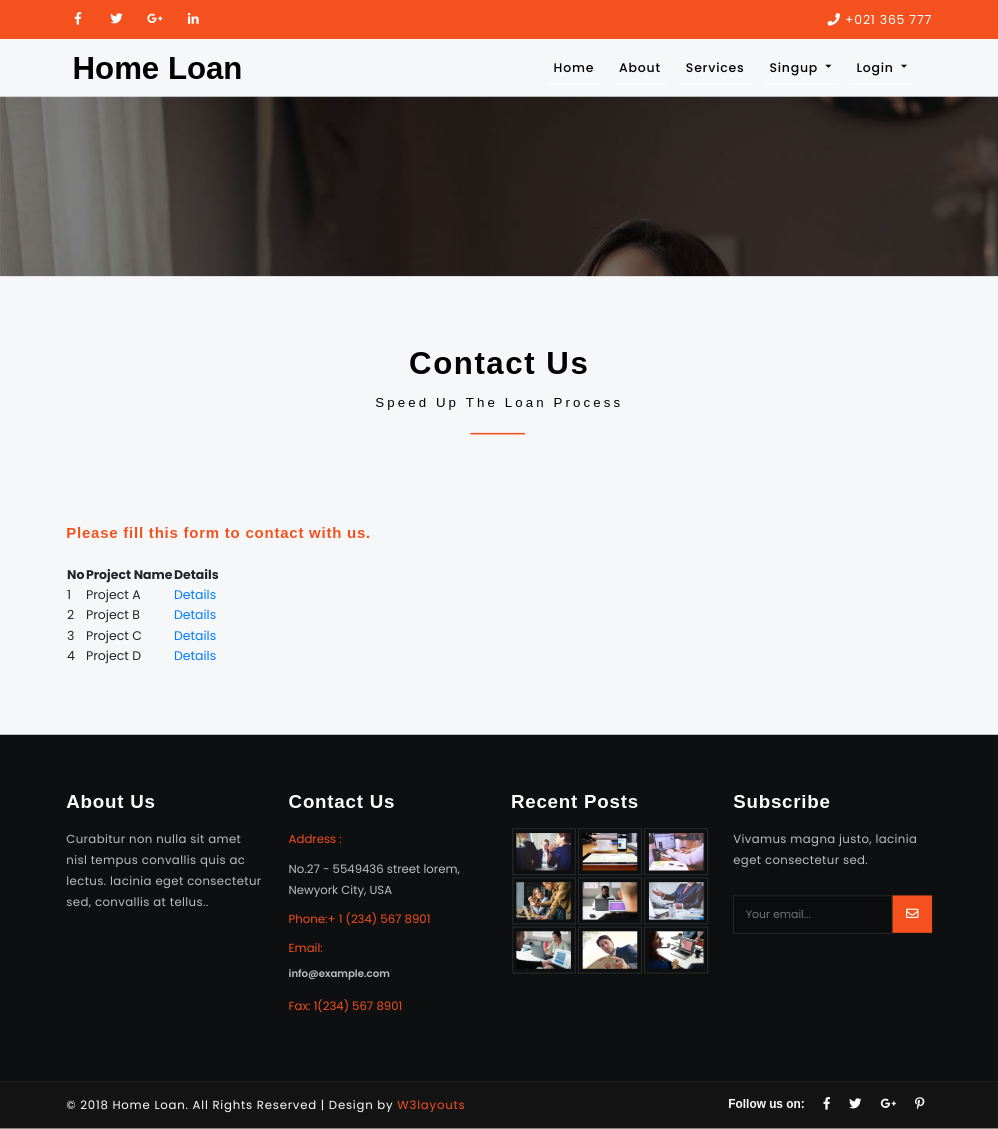
Repository: 72-faisal/Spring-MVC-project
Page: http://localhost/HomeLoan/WEB-INF/views/ApprovedProjectList.jsp
The author's editor kept a copy of each file at every save. The page is drawn from the files as they stood at one save, then again after the next save.
The browser window is 1280 px wide. The pictures show the whole page, at 78% of full size.
Some web fonts or font styles are not loaded; a fallback is used. The page is served by Tomcat 9. Nobody is signed in. The template is opened directly, without the code that normally fills it, so the values that code supplies are empty.

Above is the page before, as saved 2023-12-29 04:58:52.

After the next save:
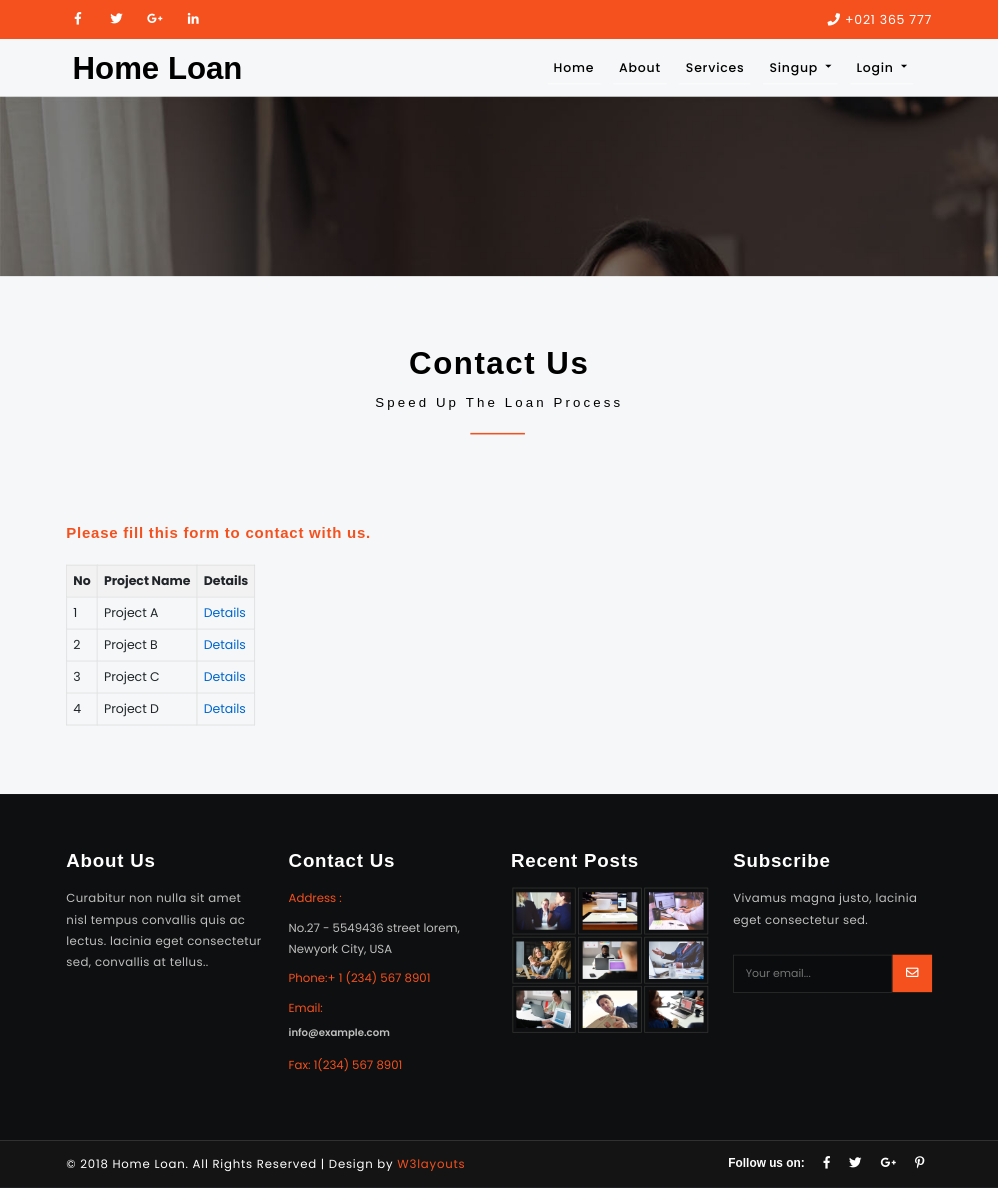
Saved 47 s later.
--- a/HomeLoan/src/main/webapp/WEB-INF/views/ApprovedProjectList.jsp
+++ b/HomeLoan/src/main/webapp/WEB-INF/views/ApprovedProjectList.jsp
@@ -47,7 +47,35 @@ SmartPhone Compatible web template, free WebDesigns for Nokia, Samsung, LG, Sony
 <link
 	href="//fonts.googleapis.com/css?family=Poppins:400,500,600,700,800"
 	rel="stylesheet">
+	<style type="text/css">
+	  <style>
+        table {
+            width: 100%;
+            border-collapse: collapse;
+            margin-top: 20px;
+        }
+
+        th, td {
+            border: 1px solid #dddddd;
+            text-align: left;
+            padding: 8px;
+        }
+
+        th {
+            background-color: #f2f2f2;
+        }
+
+        a {
+            color: #0066cc;
+            text-decoration: none;
+        }
+
+        a:hover {
+            text-decoration: underline;
+        }
+    </style></style>
 </head>
+
 
 <body>
 
@@ -131,39 +159,40 @@ SmartPhone Compatible web template, free WebDesigns for Nokia, Samsung, LG, Sony
 
 				<div class="contact_grid_right mt-5">
 					<h6>Please fill this form to contact with us.</h6>
-					<form action="UploadDocuments" method="post" enctype="multipart/form-data">
-
-<table>
-    <thead>
-        <tr>
-            <th>No</th>
-            <th>Project Name</th>
-            <th>Details</th>
-        </tr>
-    </thead>
-    <tbody>
-        <tr>
-            <td>1</td>
-            <td>Project A</td>
-            <td><a href="http://example.com/projectA/details">Details</a></td>
-        </tr>
-        <tr>
-            <td>2</td>
-            <td>Project B</td>
-            <td><a href="http://example.com/projectB/details">Details</a></td>
-        </tr>
-        <tr>
-            <td>3</td>
-            <td>Project C</td>
-            <td><a href="http://example.com/projectC/details">Details</a></td>
-        </tr>
-        <tr>
-            <td>4</td>
-            <td>Project D</td>
-            <td><a href="http://example.com/projectD/details">Details</a></td>
-        </tr>
-    </tbody>
-</table>
+					<form action="UploadDocuments" method="post"
+						enctype="multipart/form-data">
+
+						<table>
+							<thead>
+								<tr>
+									<th>No</th>
+									<th>Project Name</th>
+									<th>Details</th>
+								</tr>
+							</thead>
+							<tbody>
+								<tr>
+									<td>1</td>
+									<td>Project A</td>
+									<td><a href="http://example.com/projectA/details">Details</a></td>
+								</tr>
+								<tr>
+									<td>2</td>
+									<td>Project B</td>
+									<td><a href="http://example.com/projectB/details">Details</a></td>
+								</tr>
+								<tr>
+									<td>3</td>
+									<td>Project C</td>
+									<td><a href="http://example.com/projectC/details">Details</a></td>
+								</tr>
+								<tr>
+									<td>4</td>
+									<td>Project D</td>
+									<td><a href="http://example.com/projectD/details">Details</a></td>
+								</tr>
+							</tbody>
+						</table>
 					</form>
 				</div>
 			</div>
